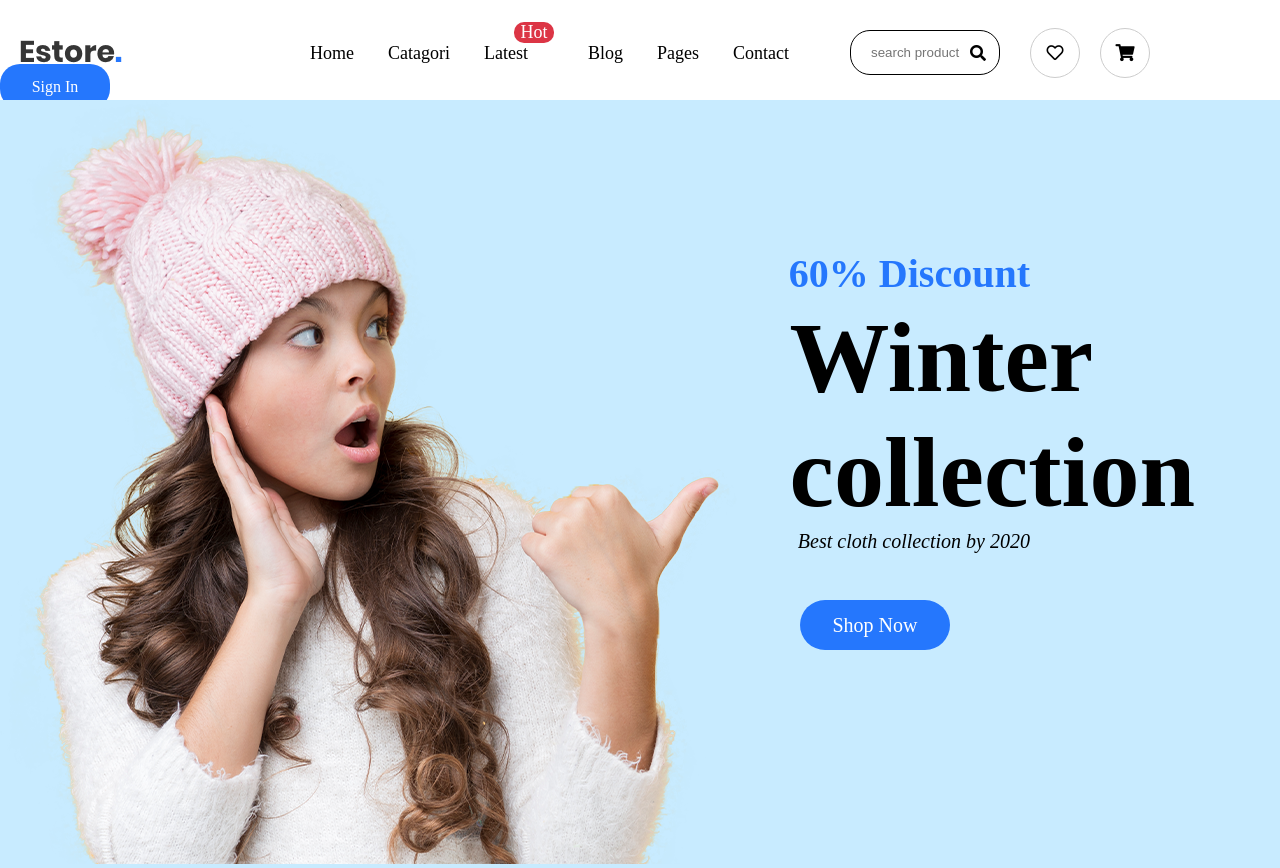
Repository: nhutduy0803/template1
Page: index.html
These files come from the project's save history. The page is drawn as it stood at one moment and after the next save; the edit follows.
The browser window is 1280 px wide. The pictures show the whole page.

Above is the page before, as saved 2021-12-02 22:05:26.

After the next save:
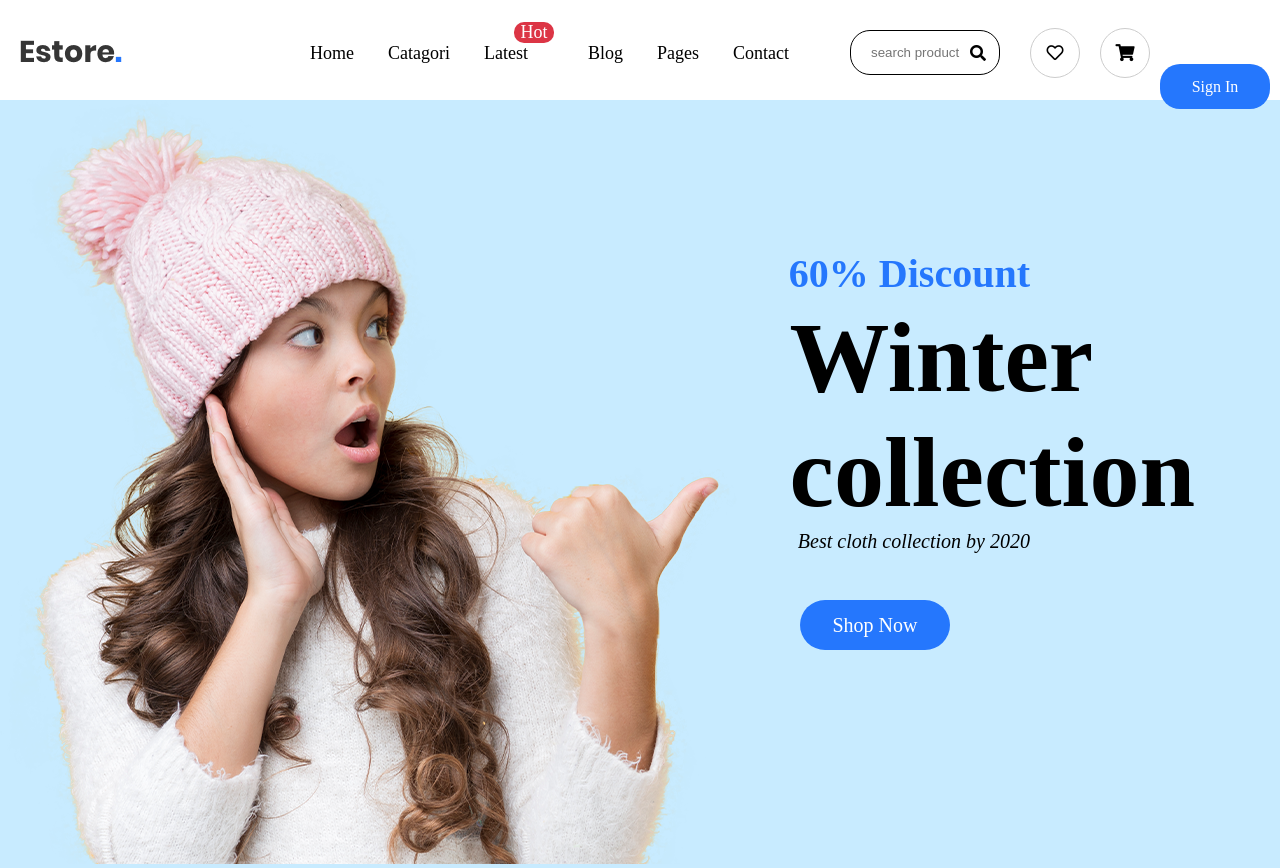
Saved 7 s later.
--- a/assets/css/style.css
+++ b/assets/css/style.css
@@ -273,6 +273,8 @@ html {
 }
 
 .sign {
+  position: absolute;
+  right: 10px;
   width: 110px;
   height: 45px;
   background: #2577fd;
